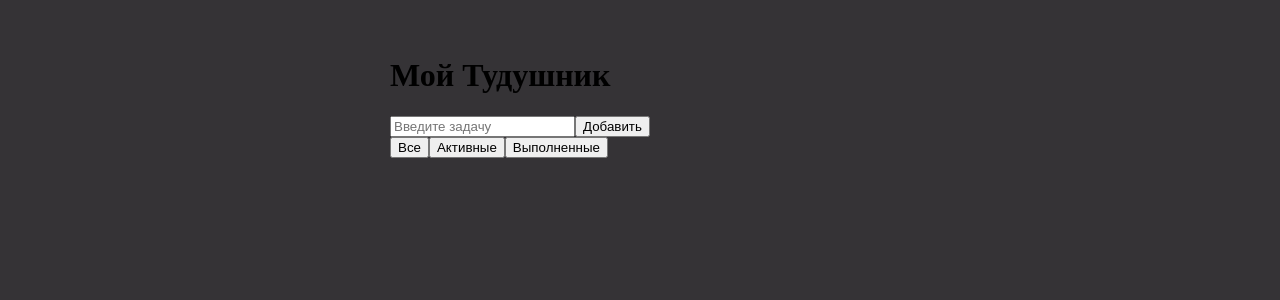
Repository: AlekCawka/-todo-project
Page: /
The author's editor kept a copy of each file at every save. The page is drawn from the files as they stood at one save, then again after the next save.
The browser window is 1280 px wide. The pictures show the whole page.
The project was rebuilt for these pictures with package versions that can differ from the ones it lists, and the page was loaded fresh each time. Also part of the build but not shown: vite.config.js.

Above is the page before, as saved 2025-08-06 21:59:06.

After the next save:
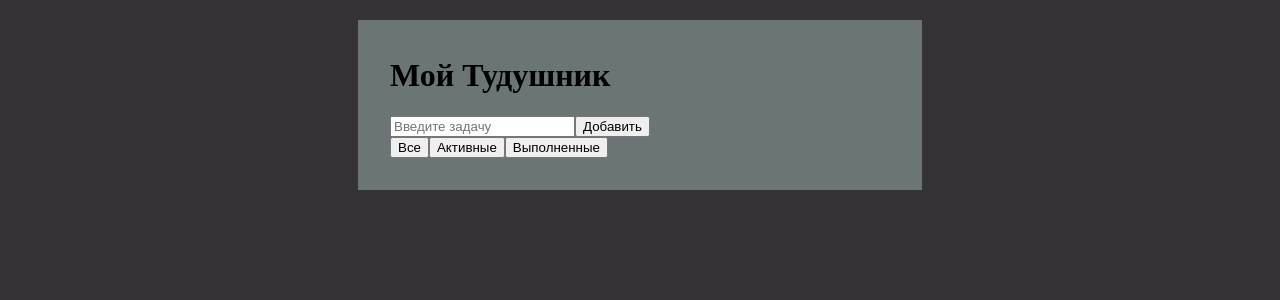
Saved 13 s later.
--- a/src/App.css
+++ b/src/App.css
@@ -9,6 +9,7 @@ body {
     max-width: 500px;
     margin: 20px auto;
     padding: 16px 32px;
+    background-color: rgb(108, 117, 117);
 }
 /* body {
     font-family: sans-serif;
